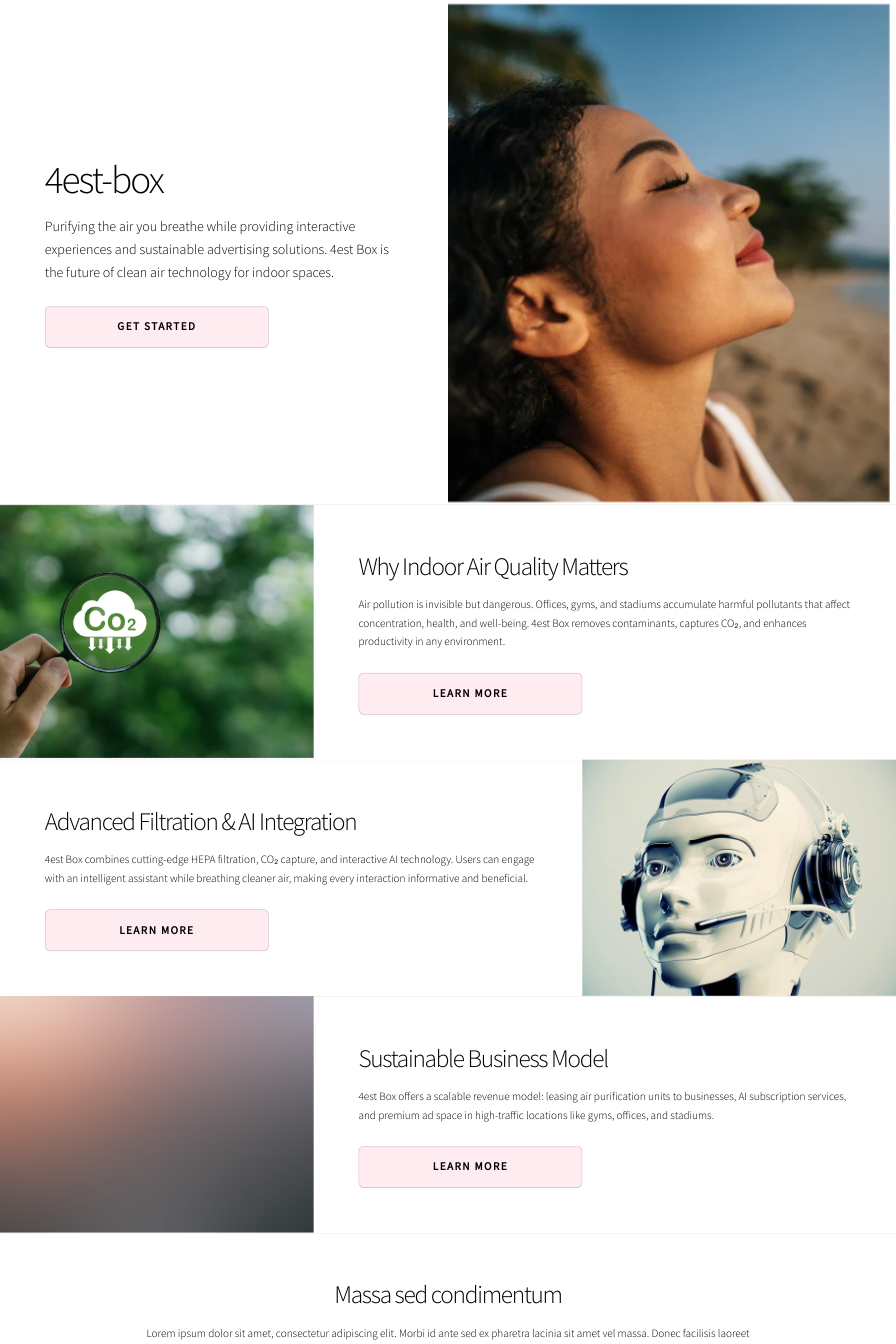
Repository: alejandroRdzGarza/4est-box-landing-page
Page: index.html
These files come from the project's save history. The page is drawn as it stood at one moment and after the next save; the edit follows.
The browser window is 1280 px wide. The pictures show the part of the page from y = 0 to 1920 px (the page is 5689 px tall), at 70% of full size.

Above is the page before, as saved 2025-03-04 19:01:43.

### index.html
<!DOCTYPE HTML>
<!--
	Story by HTML5 UP
	html5up.net | @ajlkn
	Free for personal and commercial use under the CCA 3.0 license (html5up.net/license)
-->
<html>
	<head>
		<title>Story by HTML5 UP</title>
		<meta charset="utf-8" />
		<meta name="viewport" content="width=device-width, initial-scale=1, user-scalable=no" />
		<link rel="stylesheet" href="assets/css/main.css" />
		<link rel="stylesheet" href="assets/css/pricing-table.css" />
		<noscript><link rel="stylesheet" href="assets/css/noscript.css" /></noscript>
	</head>
	<body class="is-preload">

		<!-- Wrapper -->
			<div id="wrapper" class="divided">

				<!-- One -->
					<section class="banner style1 orient-left content-align-left image-position-right fullscreen onload-image-fade-in onload-content-fade-right">
						<div class="content">
							<h1>4est-box</h1>
							<p class="major">Purifying the air you breathe while providing interactive experiences and sustainable advertising solutions. 4est Box is the future of clean air technology for indoor spaces.</p>
							<ul class="actions stacked">
								<li><a href="#first" class="button big wide smooth-scroll-middle">Get Started</a></li>
							</ul>
						</div>
						<div class="image">
							<img src="images-landing/5.png" alt="" />
						</div>
					</section>

				<!-- Two -->
					<section class="spotlight style1 orient-right content-align-left image-position-center onscroll-image-fade-in" id="first">
						<div class="content">
							<h2>Why Indoor Air Quality Matters</h2>
							<p>Air pollution is invisible but dangerous. Offices, gyms, and stadiums accumulate harmful pollutants that affect concentration, health, and well-being. 4est Box removes contaminants, captures CO₂, and enhances productivity in any environment.</p>
							<ul class="actions stacked">
								<li><a href="#" class="button">Learn More</a></li>
							</ul>
						</div>
						<div class="image">
							<img src="images-landing/1.png" alt="" />
						</div>
					</section>

				<!-- Three -->
					<section class="spotlight style1 orient-left content-align-left image-position-center onscroll-image-fade-in">
						<div class="content">
							<h2>Advanced Filtration & AI Integration</h2>
							<p>4est Box combines cutting-edge HEPA filtration, CO₂ capture, and interactive AI technology. Users can engage with an intelligent assistant while breathing cleaner air, making every interaction informative and beneficial.</p>
							<ul class="actions stacked">
								<li><a href="#" class="button">Learn More</a></li>
							</ul>
						</div>
						<div class="image">
							<img src="images-landing/10.png" alt="" />
						</div>
					</section>

				<!-- Four -->
					<section class="spotlight style1 orient-right content-align-left image-position-center onscroll-image-fade-in">
						<div class="content">
							<h2>Sustainable Business Model</h2>
							<p>4est Box offers a scalable revenue model: leasing air purification units to businesses, AI subscription services, and premium ad space in high-traffic locations like gyms, offices, and stadiums.</p>
							<ul class="actions stacked">
								<li><a href="#" class="button">Learn More</a></li>
							</ul>
						</div>
						<div class="image">
							<img src="images/spotlight03.jpg" alt="" />
						</div>
					</section>

				<!-- Five -->
					<section class="wrapper style1 align-center">
						<div class="inner">
							<h2>Massa sed condimentum</h2>
							<p>Lorem ipsum dolor sit amet, consectetur adipiscing elit. Morbi id ante sed ex pharetra lacinia sit amet vel massa. Donec facilisis laoreet nulla eu bibendum. Donec ut ex risus. Fusce lorem lectus, pharetra pretium massa et, hendrerit vestibulum odio lorem ipsum.</p>
						</div>

						<!-- Gallery -->
							<div class="gallery style2 medium lightbox onscroll-fade-in">
								<article>
									<a href="images/gallery/fulls/01.jpg" class="image">
										<img src="images/gallery/thumbs/01.jpg" alt="" />
									</a>
									<div class="caption">
										<h3>Ipsum Dolor</h3>
										<p>Lorem ipsum dolor amet, consectetur magna etiam elit. Etiam sed ultrices.</p>
										<ul class="actions fixed">
											<li><span class="button small">Details</span></li>
										</ul>
									</div>
								</article>
								<article>
									<a href="images/gallery/fulls/02.jpg" class="image">
										<img src="images/gallery/thumbs/02.jpg" alt="" />
									</a>
									<div class="caption">
										<h3>Feugiat Lorem</h3>
										<p>Lorem ipsum dolor amet, consectetur magna etiam elit. Etiam sed ultrices.</p>
										<ul class="actions fixed">
											<li><span class="button small">Details</span></li>
										</ul>
									</div>
								</article>
								<article>
									<a href="images/gallery/fulls/03.jpg" class="image">
										<img src="images/gallery/thumbs/03.jpg" alt="" />
									</a>
									<div class="caption">
										<h3>Magna Amet</h3>
										<p>Lorem ipsum dolor amet, consectetur magna etiam elit. Etiam sed ultrices.</p>
										<ul class="actions fixed">
											<li><span class="button small">Details</span></li>
										</ul>
									</div>
								</article>
								<article>
									<a href="images/gallery/fulls/04.jpg" class="image">
										<img src="images/gallery/thumbs/04.jpg" alt="" />
									</a>
									<div class="caption">
										<h3>Sed Tempus</h3>
										<p>Lorem ipsum dolor amet, consectetur magna etiam elit. Etiam sed ultrices.</p>
										<ul class="actions fixed">
											<li><span class="button small">Details</span></li>
										</ul>
									</div>
								</article>
								<article>
									<a href="images/gallery/fulls/05.jpg" class="image">
										<img src="images/gallery/thumbs/05.jpg" alt="" />
									</a>
									<div class="caption">
										<h3>Ultrices Magna</h3>
										<p>Lorem ipsum dolor amet, consectetur magna etiam elit. Etiam sed ultrices.</p>
										<ul class="actions fixed">
											<li><span class="button small">Details</span></li>
										</ul>
									</div>
								</article>
								<article>
									<a href="images/gallery/fulls/06.jpg" class="image">
										<img src="images/gallery/thumbs/06.jpg" alt="" />
									</a>
									<div class="caption">
										<h3>Sed Tempus</h3>
										<p>Lorem ipsum dolor amet, consectetur magna etiam elit. Etiam sed ultrices.</p>
										<ul class="actions fixed">
											<li><span class="button small">Details</span></li>
										</ul>
									</div>
								</article>
								<article>
									<a href="images/gallery/fulls/07.jpg" class="image">
										<img src="images/gallery/thumbs/07.jpg" alt="" />
									</a>
									<div class="caption">
										<h3>Ipsum Lorem</h3>
										<p>Lorem ipsum dolor amet, consectetur magna etiam elit. Etiam sed ultrices.</p>
										<ul class="actions fixed">
											<li><span class="button small">Details</span></li>
										</ul>
									</div>
								</article>
								<article>
									<a href="images/gallery/fulls/08.jpg" class="image">
										<img src="images/gallery/thumbs/08.jpg" alt="" />
									</a>
									<div class="caption">
										<h3>Magna Risus</h3>
										<p>Lorem ipsum dolor amet, consectetur magna etiam elit. Etiam sed ultrices.</p>
										<ul class="actions fixed">
											<li><span class="button small">Details</span></li>
										</ul>
									</div>
								</article>
								<article>
									<a href="images/gallery/fulls/09.jpg" class="image">
										<img src="images/gallery/thumbs/09.jpg" alt="" />
									</a>
									<div class="caption">
										<h3>Tempus Dolor</h3>
										<p>Lorem ipsum dolor amet, consectetur magna etiam elit. Etiam sed ultrices.</p>
										<ul class="actions fixed">
											<li><span class="button small">Details</span></li>
										</ul>
									</div>
								</article>
								<article>
									<a href="images/gallery/fulls/10.jpg" class="image">
										<img src="images/gallery/thumbs/10.jpg" alt="" />
									</a>
									<div class="caption">
										<h3>Sed Etiam</h3>
										<p>Lorem ipsum dolor amet, consectetur magna etiam elit. Etiam sed ultrices.</p>
										<ul class="actions fixed">
											<li><span class="button small">Details</span></li>
										</ul>
									</div>
								</article>
								<article>
									<a href="images/gallery/fulls/11.jpg" class="image">
										<img src="images/gallery/thumbs/11.jpg" alt="" />
									</a>
									<div class="caption">
										<h3>Magna Lorem</h3>
										<p>Lorem ipsum dolor amet, consectetur magna etiam elit. Etiam sed ultrices.</p>
										<ul class="actions fixed">
											<li><span class="button small">Details</span></li>
										</ul>
									</div>
								</article>
								<article>
									<a href="images/gallery/fulls/12.jpg" class="image">
										<img src="images/gallery/thumbs/12.jpg" alt="" />
									</a>
									<div class="caption">
										<h3>Ipsum Dolor</h3>
										<p>Lorem ipsum dolor amet, consectetur magna etiam elit. Etiam sed ultrices.</p>
										<ul class="actions fixed">
											<li><span class="button small">Details</span></li>
										</ul>
									</div>
								</article>
							</div>

					</section>

				<!-- Six -->
					<section class="wrapper style1 align-center">
						<div class="inner">
							<h2>Ipsum sed consequat</h2>
							<p>Lorem ipsum dolor sit amet, consectetur adipiscing elit. Morbi id ante sed ex pharetra lacinia sit amet vel massa. Donec facilisis laoreet nulla eu bibendum. Donec ut ex risus. Fusce lorem lectus, pharetra pretium massa et, hendrerit vestibulum odio lorem ipsum.</p>
							<div class="items style1 medium onscroll-fade-in">
								<section>
									<span class="icon style2 major fa-gem"></span>
									<h3>Lorem</h3>
									<p>Lorem ipsum dolor sit amet, consectetur adipiscing elit. Morbi dui turpis, cursus eget orci amet aliquam congue semper. Etiam eget ultrices risus nec tempor elit.</p>
								</section>
								<section>
									<span class="icon solid style2 major fa-save"></span>
									<h3>Ipsum</h3>
									<p>Lorem ipsum dolor sit amet, consectetur adipiscing elit. Morbi dui turpis, cursus eget orci amet aliquam congue semper. Etiam eget ultrices risus nec tempor elit.</p>
								</section>
								<section>
									<span class="icon solid style2 major fa-chart-bar"></span>
									<h3>Dolor</h3>
									<p>Lorem ipsum dolor sit amet, consectetur adipiscing elit. Morbi dui turpis, cursus eget orci amet aliquam congue semper. Etiam eget ultrices risus nec tempor elit.</p>
								</section>
								<section>
									<span class="icon solid style2 major fa-wifi"></span>
									<h3>Amet</h3>
									<p>Lorem ipsum dolor sit amet, consectetur adipiscing elit. Morbi dui turpis, cursus eget orci amet aliquam congue semper. Etiam eget ultrices risus nec tempor elit.</p>
								</section>
								<section>
									<span class="icon solid style2 major fa-cog"></span>
									<h3>Magna</h3>
									<p>Lorem ipsum dolor sit amet, consectetur adipiscing elit. Morbi dui turpis, cursus eget orci amet aliquam congue semper. Etiam eget ultrices risus nec tempor elit.</p>
								</section>
								<section>
									<span class="icon style2 major fa-paper-plane"></span>
									<h3>Tempus</h3>
									<p>Lorem ipsum dolor sit amet, consectetur adipiscing elit. Morbi dui turpis, cursus eget orci amet aliquam congue semper. Etiam eget ultrices risus nec tempor elit.</p>
								</section>
								<section>
									<span class="icon solid style2 major fa-desktop"></span>
									<h3>Aliquam</h3>
									<p>Lorem ipsum dolor sit amet, consectetur adipiscing elit. Morbi dui turpis, cursus eget orci amet aliquam congue semper. Etiam eget ultrices risus nec tempor elit.</p>
								</section>
								<section>
									<span class="icon solid style2 major fa-sync-alt"></span>
									<h3>Elit</h3>
									<p>Lorem ipsum dolor sit amet, consectetur adipiscing elit. Morbi dui turpis, cursus eget orci amet aliquam congue semper. Etiam eget ultrices risus nec tempor elit.</p>
								</section>
								<section>
									<span class="icon solid style2 major fa-hashtag"></span>
									<h3>Morbi</h3>
									<p>Lorem ipsum dolor sit amet, consectetur adipiscing elit. Morbi dui turpis, cursus eget orci amet aliquam congue semper. Etiam eget ultrices risus nec tempor elit.</p>
								</section>
								<section>
									<span class="icon solid style2 major fa-bolt"></span>
									<h3>Turpis</h3>
									<p>Lorem ipsum dolor sit amet, consectetur adipiscing elit. Morbi dui turpis, cursus eget orci amet aliquam congue semper. Etiam eget ultrices risus nec tempor elit.</p>
								</section>
								<section>
									<span class="icon solid style2 major fa-envelope"></span>
									<h3>Ultrices</h3>
									<p>Lorem ipsum dolor sit amet, consectetur adipiscing elit. Morbi dui turpis, cursus eget orci amet aliquam congue semper. Etiam eget ultrices risus nec tempor elit.</p>
								</section>
								<section>
									<span class="icon solid style2 major fa-leaf"></span>
									<h3>Risus</h3>
									<p>Lorem ipsum dolor sit amet, consectetur adipiscing elit. Morbi dui turpis, cursus eget orci amet aliquam congue semper. Etiam eget ultrices risus nec tempor elit.</p>
								</section>
							</div>
						</div>
					</section>


					<section class="plans__container">
						<div class="plans">
						<div class="plansHero">
							<h1 class="plansHero__title">Simple, transparent pricing</h1>
							<p class="plansHero__subtitle">No contracts. No suprise fees.</p>
						</div>
						<div class="planItem__container">
							<!--free plan starts -->
							<div class="planItem planItem--free">

							<div class="card">
								<div class="card__header">
								<div class="card__icon symbol symbol--rounded"></div>
								<h2>Free</h2>
								</div>
								<div class="card__desc">Lorem ipsum dolor sit amet, consectetur adipisicing elit, sed do</div>
							</div>

							<div class="price">$0<span>/ month</span></div>

							<ul class="featureList">
								<li>2 links</li>
								<li>Own analytics platform</li>
								<li class="disabled">Chat support</li>
								<li class="disabled">Mobile application</li>
								<li class="disabled">Unlimited users</li>
							</ul>

							<button class="button">Get Started</button>
							</div>
							<!--free plan ends -->

							<!--pro plan starts -->
							<div class="planItem planItem--pro">
							<div class="card">
								<div class="card__header">
								<div class="card__icon symbol"></div>
								<h2>Pro</h2>
								<div class="card__label label">Best Value</div>
								</div>
								<div class="card__desc">Ut enim ad minim veniam, quis nostrud exercitation ullamco laboris</div>
							</div>

							<div class="price">$18<span>/ month</span></div>

							<ul class="featureList">
								<li>2 links</li>
								<li>Own analytics platform</li>
								<li>Chat support</li>
								<li class="disabled">Mobile application</li>
								<li class="disabled">Unlimited users</li>
							</ul>

							<button class="button button--pink">Get Started</button>
							</div>
							<!--pro plan ends -->

							<!--entp plan starts -->
							<div class="planItem planItem--entp">
							<div class="card">
								<div class="card__header">
								<div class="card__icon"></div>
								<h2>Enterprise</h2>
								</div>
								<div class="card__desc">Nisi ut aliquip ex ea commodo consequat. Duis aute irure dolor</div>
							</div>

							<div class="price">Let's Talk</div>

							<ul class="featureList">
								<li>2 links</li>
								<li>Own analytics platform</li>
								<li>Chat support</li>
								<li>Mobile application</li>
								<li>Unlimited users</li>
								<li>Customize Panel</li>
							</ul>

							<button class="button button--white">Get Started</button>
							</div>
							<!--entp plan ends -->

						</div>
						</div>
					</section>

				<!-- Seven -->
					<section class="wrapper style1 align-center">
						<div class="inner medium">
							<h2>Get in touch</h2>
							<form method="post" action="#">
								<div class="fields">
									<div class="field half">
										<label for="name">Name</label>
										<input type="text" name="name" id="name" value="" />
									</div>
									<div class="field half">
										<label for="email">Email</label>
										<input type="email" name="email" id="email" value="" />
									</div>
									<div class="field">
										<label for="message">Message</label>
										<textarea name="message" id="message" rows="6"></textarea>
									</div>
								</div>
								<ul class="actions special">
									<li><input type="submit" name="submit" id="submit" value="Send Message" /></li>
								</ul>
							</form>

						</div>
					</section>

				<!-- Footer -->
					<footer class="wrapper style1 align-center">
						<div class="inner">
							<ul class="icons">
								<li><a href="#" class="icon brands style2 fa-twitter"><span class="label">Twitter</span></a></li>
								<li><a href="#" class="icon brands style2 fa-facebook-f"><span class="label">Facebook</span></a></li>
								<li><a href="#" class="icon brands style2 fa-instagram"><span class="label">Instagram</span></a></li>
								<li><a href="#" class="icon brands style2 fa-linkedin-in"><span class="label">LinkedIn</span></a></li>
								<li><a href="#" class="icon style2 fa-envelope"><span class="label">Email</span></a></li>
							</ul>
							<p>&copy; Untitled. Design: <a href="https://html5up.net">HTML5 UP</a>.</p>
						</div>
					</footer>

			</div>

		<!-- Scripts -->
			<script src="assets/js/jquery.min.js"></script>
			<script src="assets/js/jquery.scrollex.min.js"></script>
			<script src="assets/js/jquery.scrolly.min.js"></script>
			<script src="assets/js/browser.min.js"></script>
			<script src="assets/js/breakpoints.min.js"></script>
			<script src="assets/js/util.js"></script>
			<script src="assets/js/main.js"></script>

	</body>
</html>

Loaded but not shown: assets/css/main.css (library); assets/css/fontawesome-all.min.css (library); assets/js/jquery.min.js (library); assets/js/jquery.scrollex.min.js (common file); assets/js/jquery.scrolly.min.js (common file); assets/js/browser.min.js (common file); assets/js/breakpoints.min.js (common file); assets/js/util.js (587 lines, source omitted); assets/js/main.js (341 lines, source omitted); assets/css/pricing-table.css (287 lines, source omitted)

After the next save:
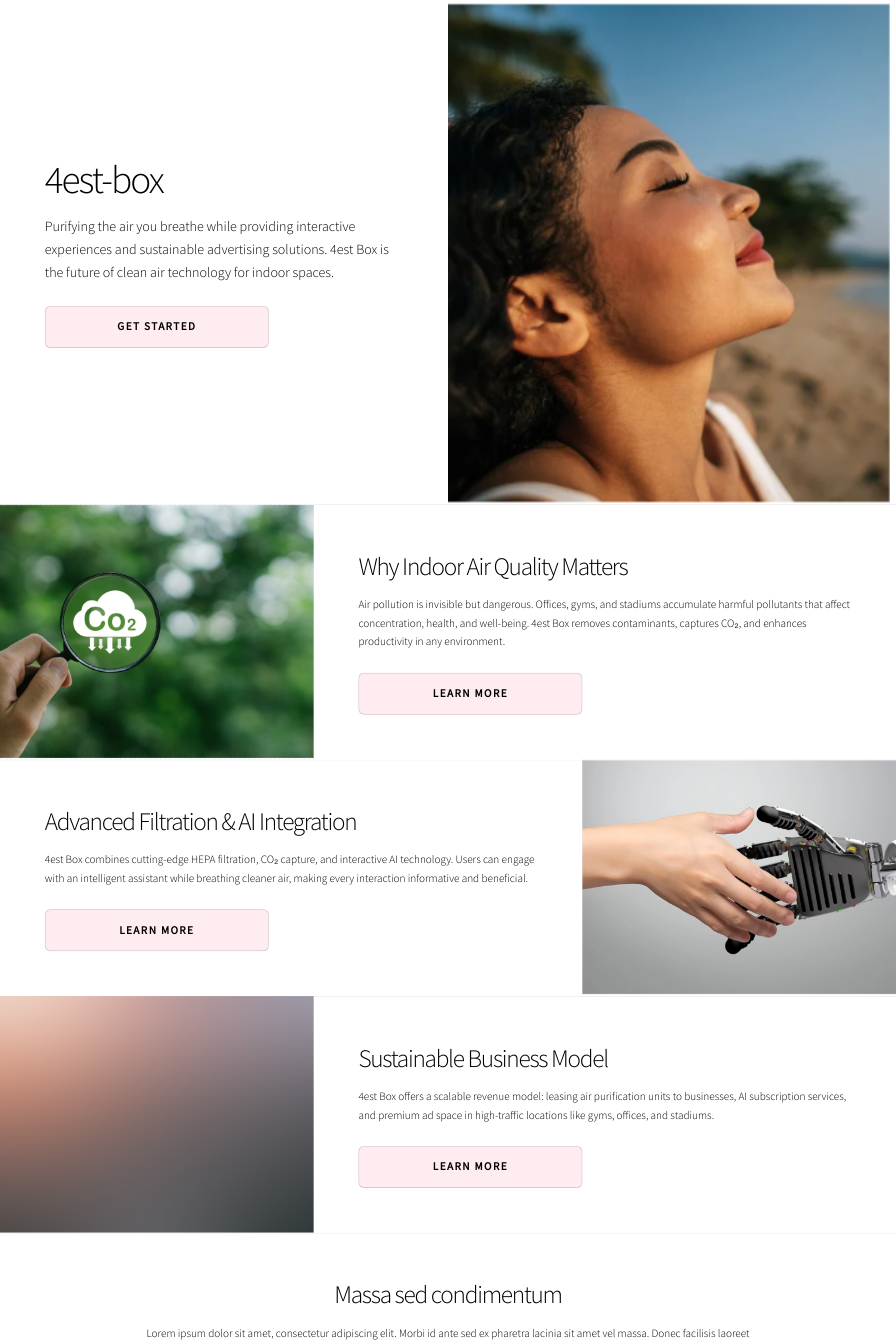
Saved 12 s later.
--- a/index.html
+++ b/index.html
@@ -56,7 +56,7 @@
 							</ul>
 						</div>
 						<div class="image">
-							<img src="images-landing/10.png" alt="" />
+							<img src="images-landing/2.png" alt="" />
 						</div>
 					</section>
 
